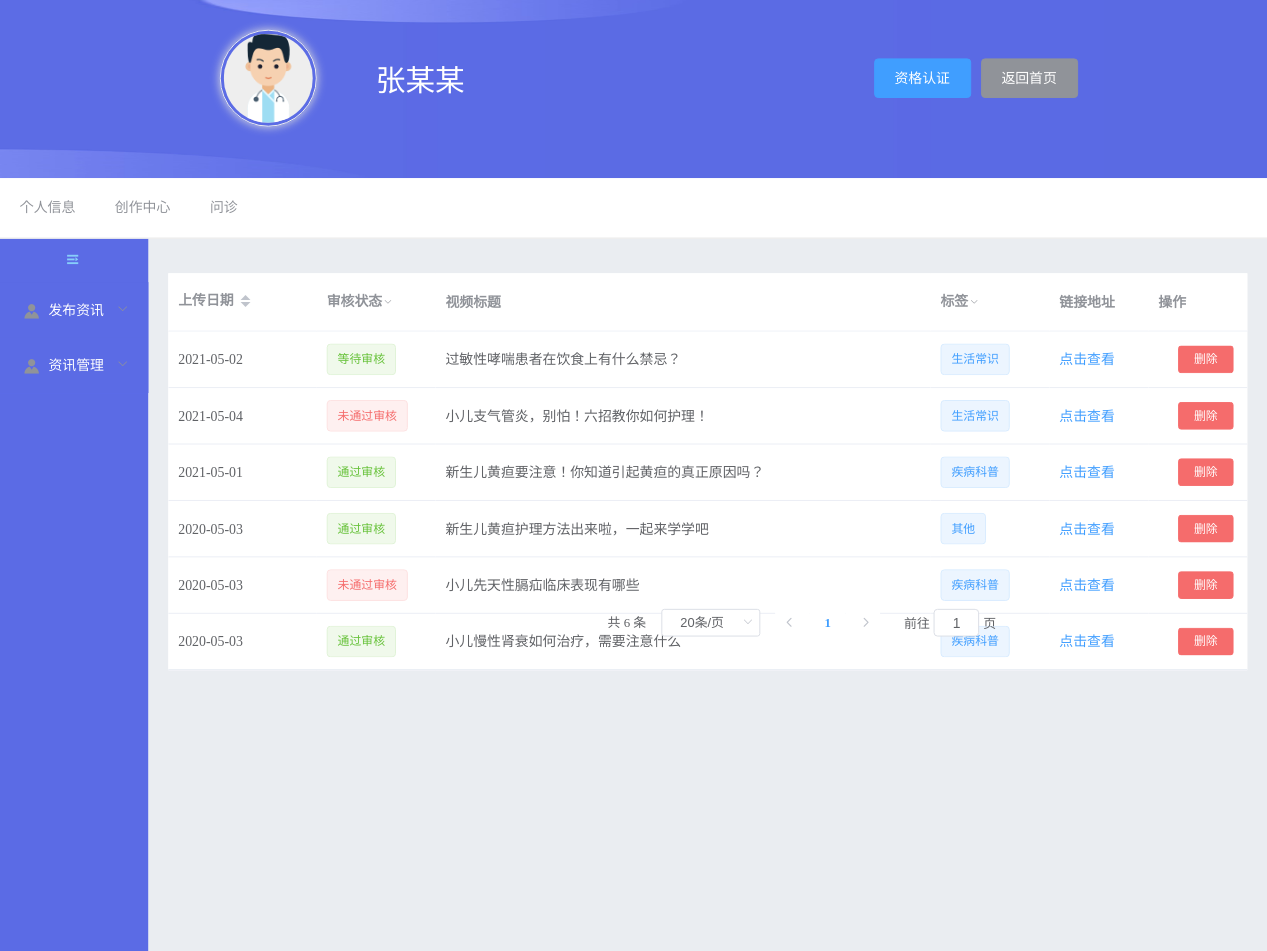
Repository: DiscreteL/SOA_Front
Page: /#/manageVideo
These files come from the project's save history. The page is drawn as it stood at one moment and after the next save; the edit follows.
The browser window is 1280 px wide. The pictures show the whole page, at 99% of full size.
The project was rebuilt for these pictures with package versions that can differ from the ones it lists, and the page was loaded fresh each time. Also part of the build but not shown: vue.config.js, src/components/navigation.vue, src/components/dialog.vue, src/views/news.vue, src/components/announcement.vue, src/components/patientKnow.vue, src/views/Home.vue, src/views/login.vue and 15 more.

Above is the page before, as saved 2021-11-29 16:42:36.

After the next save:
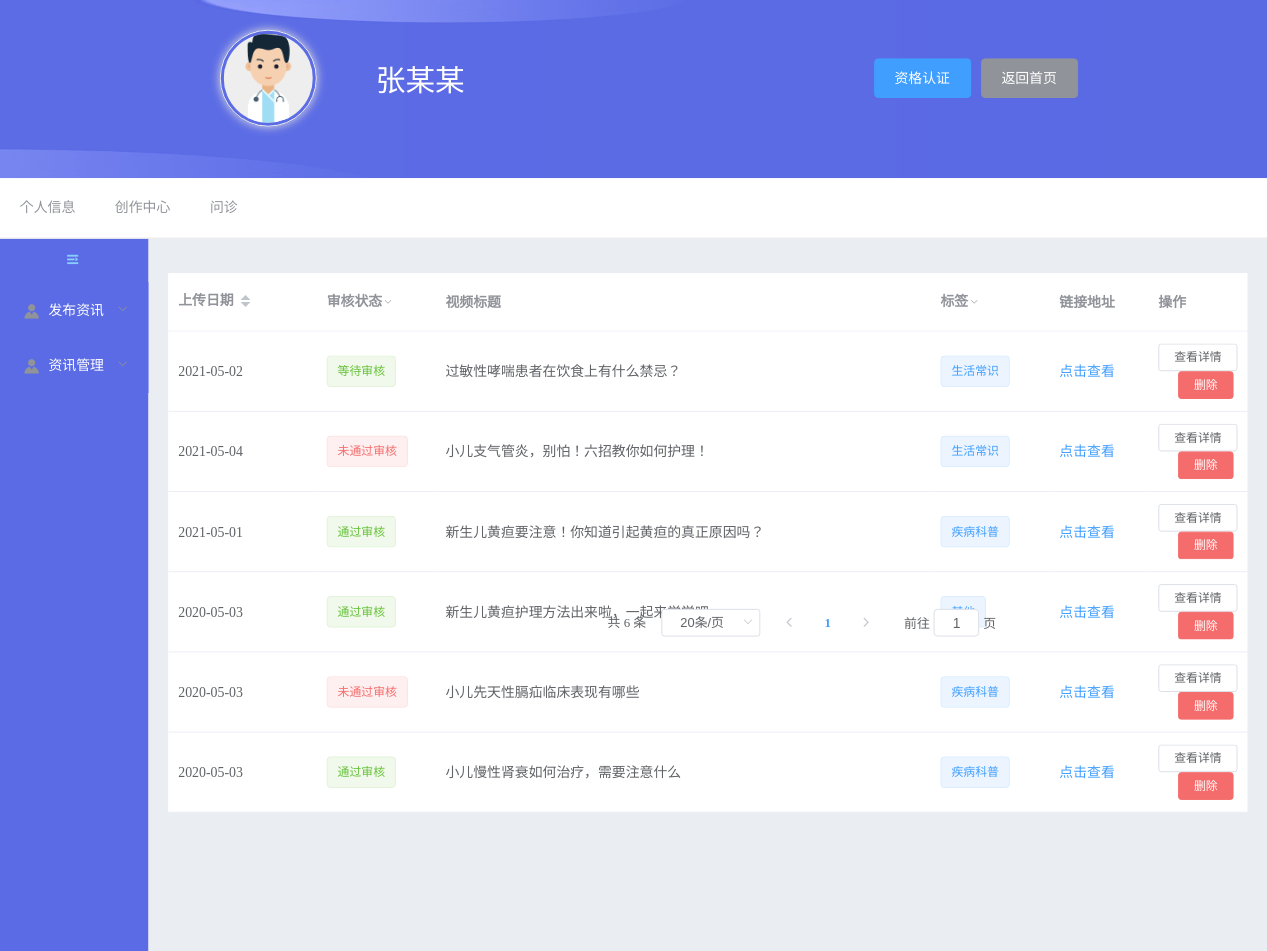
Saved 4 min 21 s later.
--- a/src/views/doctor/message/manageVideo.vue
+++ b/src/views/doctor/message/manageVideo.vue
@@ -71,6 +71,34 @@
           <el-link type="primary">点击查看</el-link>
         </el-table-column>
         <el-table-column label="操作">
+            <el-button size="mini" @click="dialogTableVisible = true"
+            >查看详情</el-button
+          >
+          <el-dialog :visible.sync="dialogTableVisible">
+            <el-descriptions
+              title="发布内容详情"
+              direction="vertical"
+              :column="4"
+              border
+            >
+              <el-descriptions-item label="上传时间"
+                >2021-05-02</el-descriptions-item
+              >
+              <el-descriptions-item label="标签">
+                <el-tag size="small">生活常识</el-tag>
+              </el-descriptions-item>
+              <el-descriptions-item label="审核状态">
+                <el-tag size="small" type="success">等待审核</el-tag>
+              </el-descriptions-item>
+              <el-descriptions-item label="审核反馈">NULL</el-descriptions-item>
+              <el-descriptions-item label="标题" :span="4"
+                >过敏性哮喘患者在饮食上有什么禁忌</el-descriptions-item
+              >
+              <el-descriptions-item label="链接地址">
+                  <el-link href="https://element.eleme.io" type="primary">点击查看</el-link>
+             </el-descriptions-item>
+            </el-descriptions>
+          </el-dialog>
           <el-button
             size="mini"
             type="danger"
